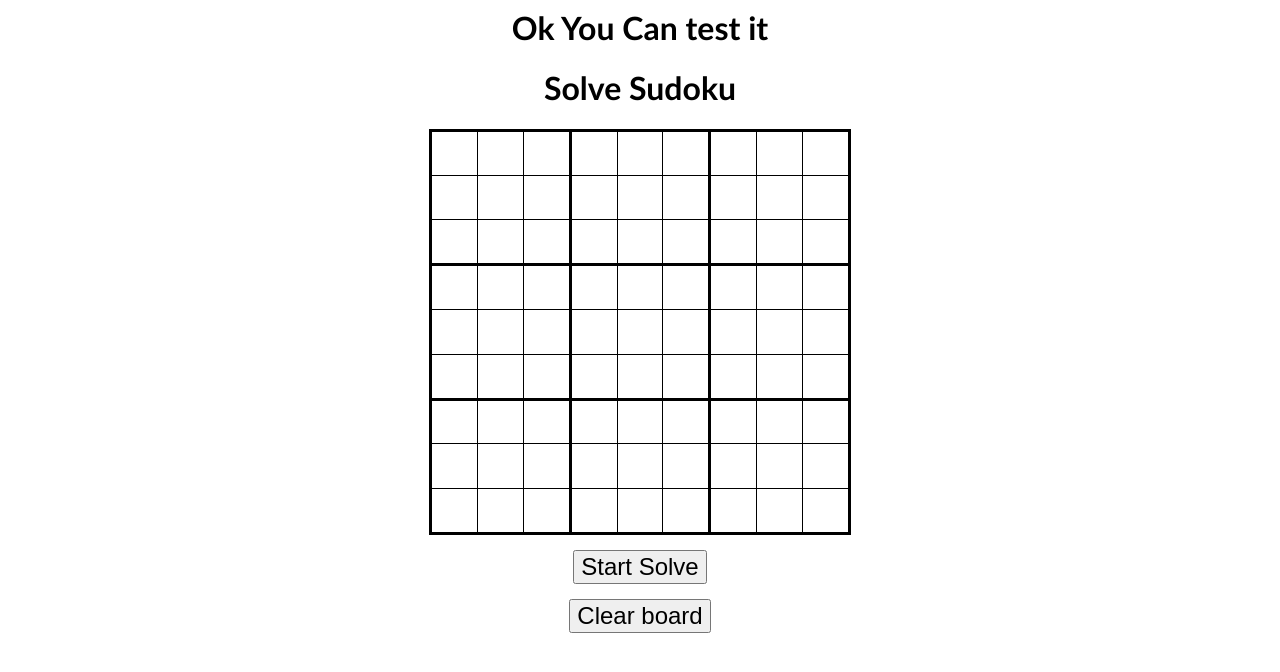
Repository: Sayan-100/Sudoku-solver
Page: sudokuSolver-main/index.html
The author's editor kept a copy of each file at every save. The page is drawn from the files as they stood at one save, then again after the next save.
The browser window is 1280 px wide. The pictures show the whole page.

Above is the page before, as saved 2022-08-07 21:26:38.

After the next save:
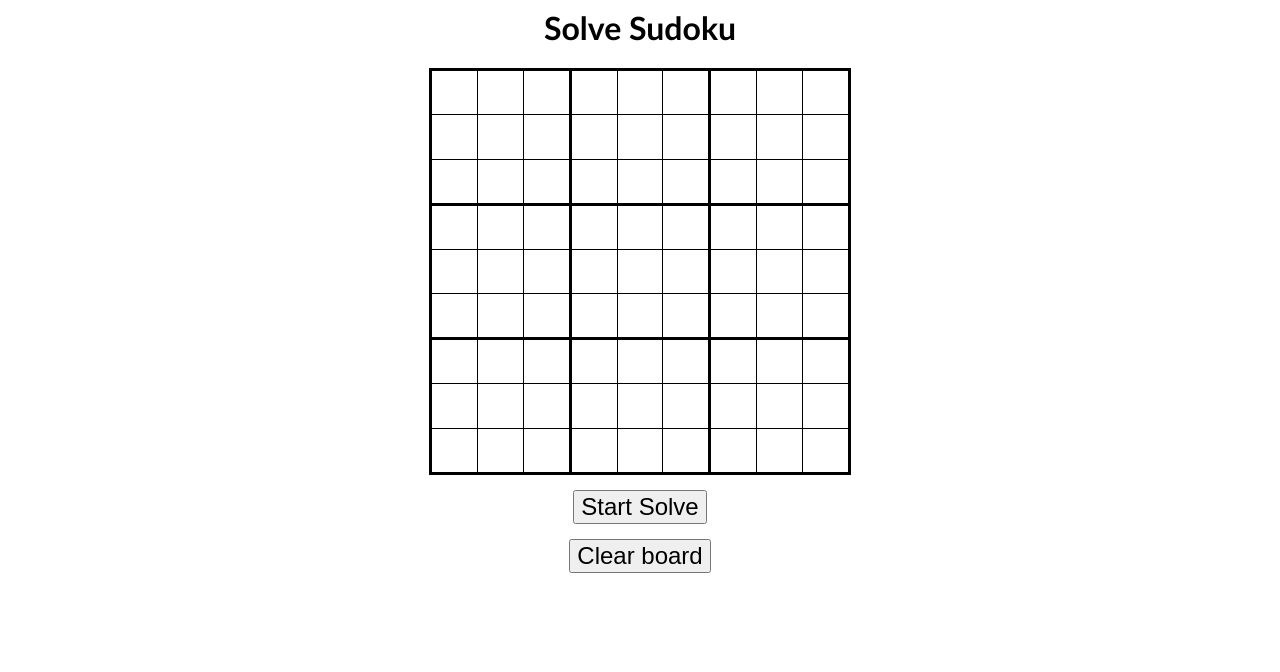
Saved 24 s later.
--- a/sudokuSolver-main/index.html
+++ b/sudokuSolver-main/index.html
@@ -51,7 +51,6 @@
     <div id="container">
         <!-- <img src="gfg.png" style = "height:100px ; width: 400px; align ="left" "  > -->
 
-        <h1 class="padd">Ok You Can test it</h1>
         <h1 class="padd"> Solve Sudoku</h1>
 
         <table id="sudoku-board">
